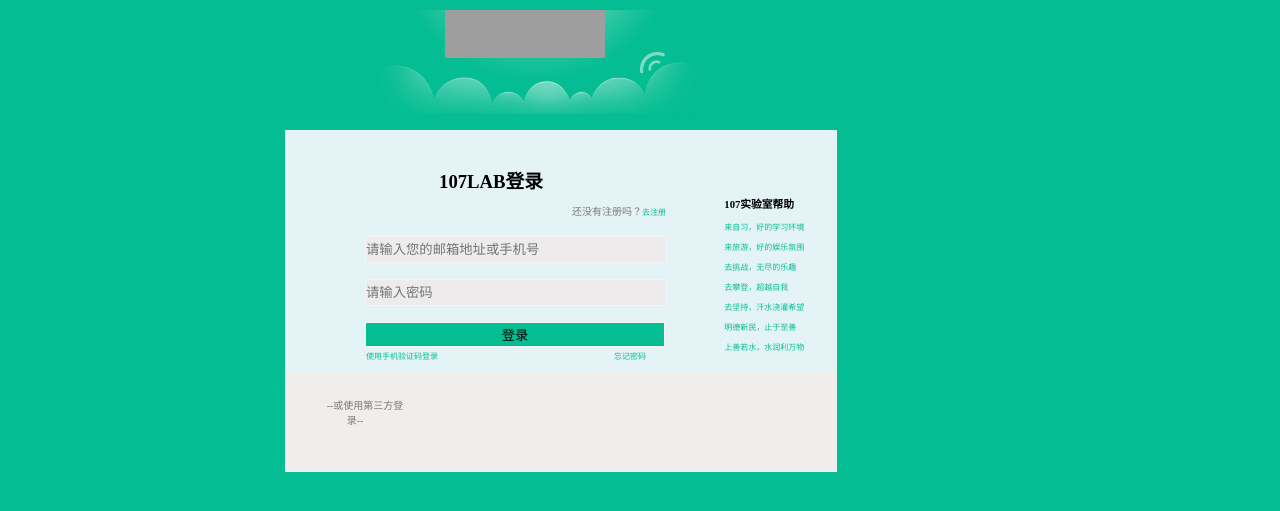
Repository: zz-yy/2023_homework
Page: 第一次考核作业/mazehua/index.html
An editor plug-in stored every save of this project. The page is shown before and after the next save, followed by the edit.
The browser window is 1280 px wide. The pictures show the whole page.
Pictures or frames that could not be fetched are drawn as grey boxes.

Above is the page before, as saved 2024-04-05 15:04:28.

### 第一次考核作业/mazehua/index.html
<!DOCTYPE html>
<html lang="en">

<head>
    <meta charset="UTF-8">
    <meta http-equiv="X-UA-Compatible" content="IE=edge">
    <meta name="viewport" content="width=device-width, initial-scale=1.0">
    <title>107LAB登录</title>
    <!--引入css样式表-->
    <link rel="stylesheet" href="index.css">
    <!--引入图标样式-->
    <link rel="stylesheet" href="./iconfont.css">

</head>

<body>

    <div class="logbj">
        <div class="logo"><img src="./images/logo.png"></div><br>
    </div>

    <div class="login">
        <ul class="left">
            <li>

                    <h3>107LAB登录</h3>
                    <span class="tishi">还没有注册吗？<a href="#">去注册</a></span>



                <form action="#">
                    <input type="text" placeholder="请输入您的邮箱地址或手机号" name="text"><br>
                    <input type="password" placeholder="请输入密码" name="psd"><br>
                    <input class="sub" type="submit" value="登录">
                </form>
                <div class="forget"><span class="L"><a href="#">使用手机验证码登录</a> </span> <span class="R"><a
                            href="#">忘记密码</a></span></div>
            </li>
        </ul>
        <ul class="right">
            <li>
                <h6>107实验室帮助</h6>
            </li>
            <li> <a href="#">来自习，好的学习环境</a></li>
            <li> <a href="#">来旅游，好的娱乐氛围</a></li>
            <li><a href="#">去挑战，无尽的乐趣</a></li>
            <li><a href="#">去攀登，超越自我</a></li>
            <li><a href="#">去坚持，汗水浇灌希望</a></li>
            <li><a href="#">明德新民，止于至善</a></li>
            <li><a href="#">上善若水，水润利万物</a></li>
        </ul>


    </div>
    <div class="third">
        <ul class="third-left">
            <li><span>--或使用第三方登录--</span></li>
            <li></li>
        </ul>
        <ul class="third-right"></ul>
    </div>

</body>

</html>

### 第一次考核作业/mazehua/index.css
* {
    margin: 0px;
    padding: 0px;
    user-select: none;
}

body {

    background: rgb(5, 189, 146);
    float: left;

}

.logbj {
    background-image: url(/images/bg_reg_wave.png);
    background-repeat: no-repeat;
    background-size: 500px;

    width: 550px;
    height: 100px;
    margin: 10px 50%;

    padding: 10px 10px;
}

.logo {
    height: 60px;
    width: 200px;
    margin: 10px 120px;

}

.logo img {
    width: 80%;
    height: 80%;
    position: relative;
    left: 30px;
    top: -20px;
}

.login {
    display: flex;
    height: 250px;
    width: 550px;
    margin: -10px 50%;
    padding: 1px;
    background: #e3f3f6;

}

h3 {
    text-align: center;

}

li {
    width: 90px;
    height: 10px;
    list-style: none;
    position: relative;
    margin: 10px;
}

a {
    text-decoration: none;

}

.tishi {
    float: right;
    font-size: 10px;
    color: #7e7979;
    margin: 10px 0px;
}

a {
    font-size: 8px;
    color: rgb(5, 189, 146);
}

.left {
    width: 400px;
    height: 220px;
    margin: 20px 10px;
    float: left;
    padding: 5px 10px;
}

.left li {
    width: 350px;
    height: 200px;
    margin: 10px 10px;
    float: left;
}

form {
    height: 140px;
    width: 330px;
    margin: 10px 40px;
    padding: 1px;


}

input {
    margin: 8px;
    width: 300px;
    height: 25px;
    outline-style: none;
    background: rgb(237, 235, 235);
    border: 1px solid rgb(245, 243, 243);
}

.sub {
    background: rgb(5, 189, 146);
}

.right {
    height: 220px;
    width: 120px;
    float: right;
    padding: 5px;
    margin: 50px 2.5px;
}

.forget {
    width: 280px;
    height: 20px;
    margin: -10px 50px;
}

.L {
    float: left;
}

.R {
    float: right;
}

.third {
    display: flex;
    width: 552px;
    height: 100px;
    background: rgb(240, 237, 237);
    position: relative;
    top: 0px;
    left: 50%;
    font-size: 10px;
    color: #7e7979;
    text-align: center;
}



.third-left {
    width: 400px;
    height: 80px;
    margin: 10px 10px;
    float: left;
    padding: 5px 10px;
}

.third-right {
    height: 80px;
    width: 120px;
    float: right;
    padding: 5px;
    margin: 10px 2.5px;
}
.third-left li{

    margin: % 50%;

}
.third span {
    text-align: center;
    width: 552px;
    height: 30px;
    padding: 10px;
}

### 第一次考核作业/mazehua/iconfont/iconfont.css
@font-face {
  font-family: "iconfont"; /* Project id  */
  src: url('iconfont.ttf?t=1712408906963') format('truetype');
}

.iconfont {
  font-family: "iconfont" !important;
  font-size: 16px;
  font-style: normal;
  -webkit-font-smoothing: antialiased;
  -moz-osx-font-smoothing: grayscale;
}

.icon-qq:before {
  content: "\e66a";
}

.icon-weixin:before {
  content: "\e633";
}

.icon-zhanghu:before {
  content: "\e62b";
}

.icon-weixin1:before {
  content: "\e64b";
}

.icon-qq-copy:before {
  content: "\e658";
}

.icon-QQ:before {
  content: "\e73e";
}

.icon-GitHub:before {
  content: "\ea0a";
}

.icon-Oracle:before {
  content: "\ea23";
}

.icon-QQ1:before {
  content: "\e882";
}

.icon-zaixianlianxi:before {
  content: "\e6a7";
}

.icon-QQkongjian:before {
  content: "\e666";
}

.icon-QQ2:before {
  content: "\e667";
}

.icon-search:before {
  content: "\e611";
}

.icon-qq1:before {
  content: "\e636";
}

.icon-weixin2:before {
  content: "\e782";
}

.icon-weixin3:before {
  content: "\e607";
}

.icon-QQ3:before {
  content: "\ea94";
}

After the next save:
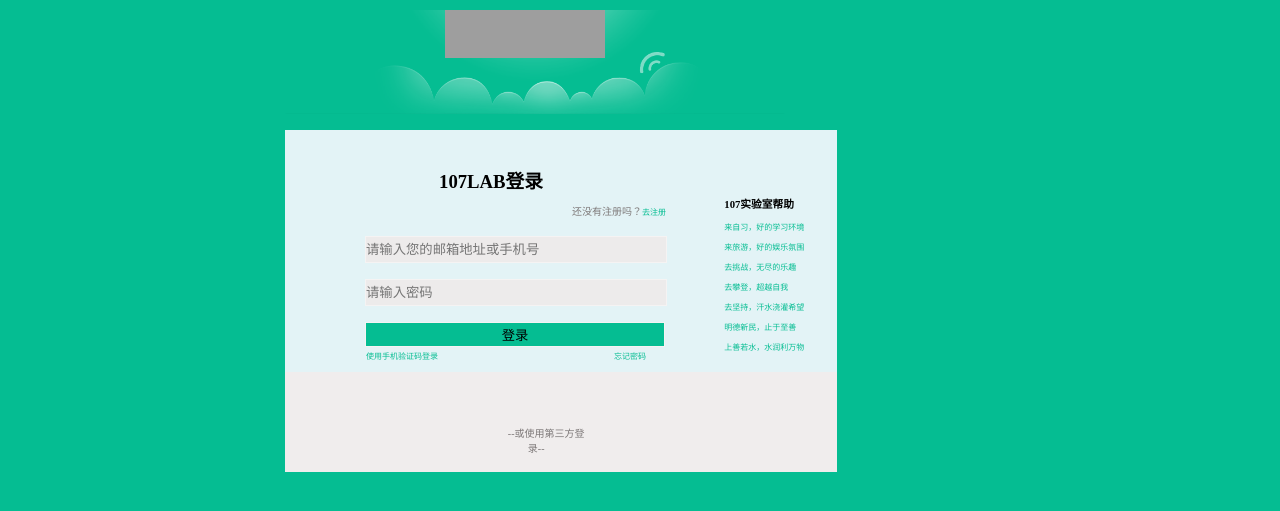
Saved 2 s later.
--- a/第一次考核作业/mazehua/index.css
+++ b/第一次考核作业/mazehua/index.css
@@ -169,7 +169,7 @@
 }
 .third-left li{
 
-    margin: % 50%;
+    margin: 10% 50%;
 
 }
 .third span {

After the save that followed:
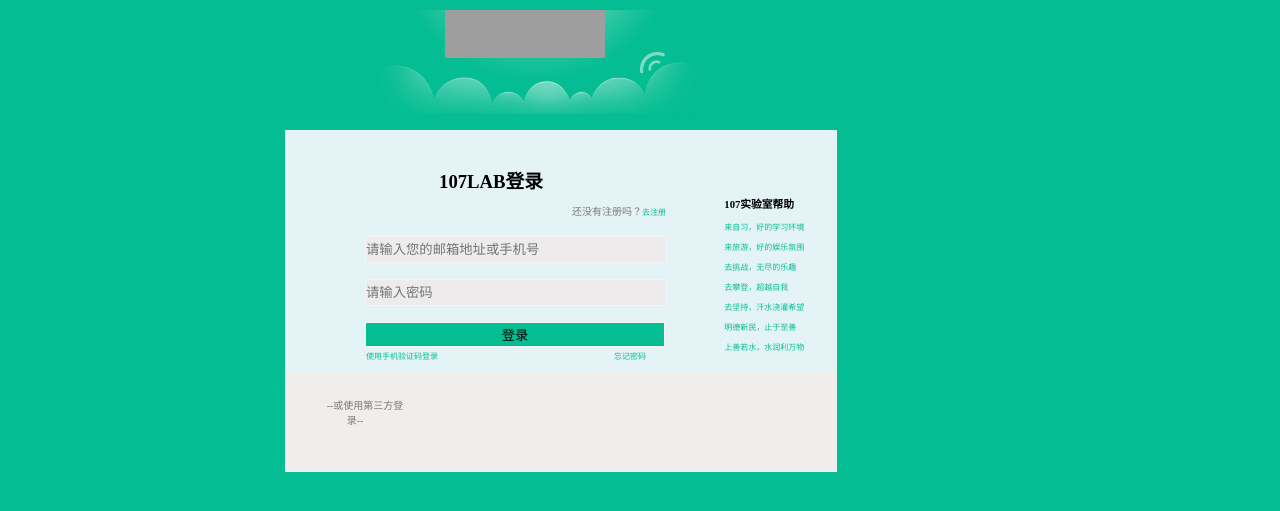
Saved 3 s later.
--- a/第一次考核作业/mazehua/index.css
+++ b/第一次考核作业/mazehua/index.css
@@ -169,7 +169,7 @@
 }
 .third-left li{
 
-    margin: 10% 50%;
+    margin: 10 50%;
 
 }
 .third span {
